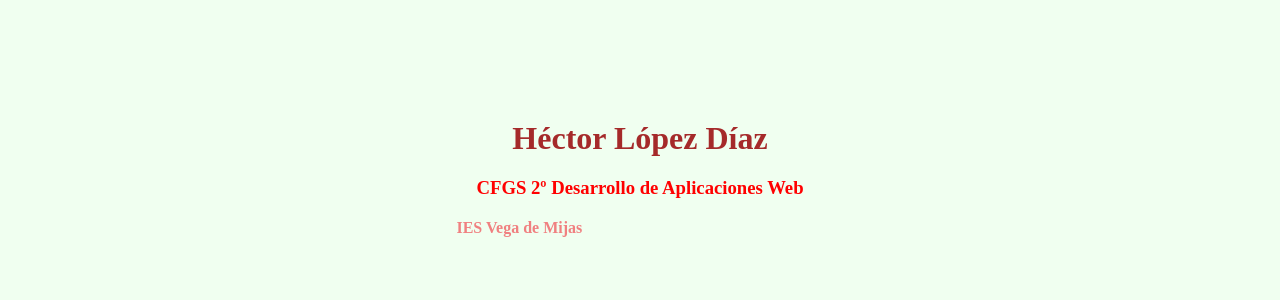
Repository: Ibizus/ejercicios_JSP
Page: http://localhost/ejercicios_Hector/ejercicio1/index.jsp
An editor plug-in stored every save of this project. The page is shown before and after the next save, followed by the edit.
The browser window is 1280 px wide. The pictures show the whole page.
The page is served by Tomcat 9.

Above is the page before, as saved 2023-11-16 19:31:48.

### ejercicios_Hector/src/main/webapp/ejercicio1/index.jsp
<%@ page language="java" contentType="text/html; charset=UTF-8"
   pageEncoding="UTF-8"%>
<!DOCTYPE html>
<html>
<head>
<meta charset="UTF-8">
<link rel="stylesheet" href="style.css"/>
<title>Ejercicio 1</title>
</head>
<body>
	<div>
		<h1>Héctor López Díaz</h1>
		<h3>CFGS 2º Desarrollo de Aplicaciones Web</h3>
		<h4><a>IES Vega de Mijas</a></h4>
	</div>

</body>
</html>

### ejercicios_Hector/src/main/webapp/ejercicio1/style.css
@charset "UTF-8";
*{
   padding: 0;
   margin: 0;
   box-sizing: border-box;
}
body{
	background-color: honeydew;
	padding-top: 100px;

	display: flex;
	flex-direction: column;
   align-items: center;
   margin: auto;
}
h1, h3, h6{
	text-align: center;
	margin: 20px;
}
h1{
	color: brown;
}
h3{
	color: red;
}
h4{
	color: lightcoral;
}

After the next save:
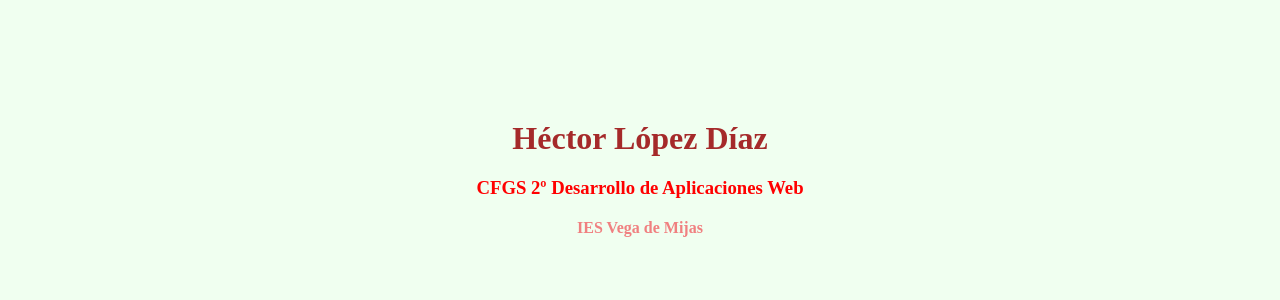
Saved 18 s later.
--- a/ejercicios_Hector/src/main/webapp/ejercicio1/style.css
+++ b/ejercicios_Hector/src/main/webapp/ejercicio1/style.css
@@ -13,7 +13,7 @@ body{
    align-items: center;
    margin: auto;
 }
-h1, h3, h6{
+h1, h4, h6{
 	text-align: center;
 	margin: 20px;
 }
